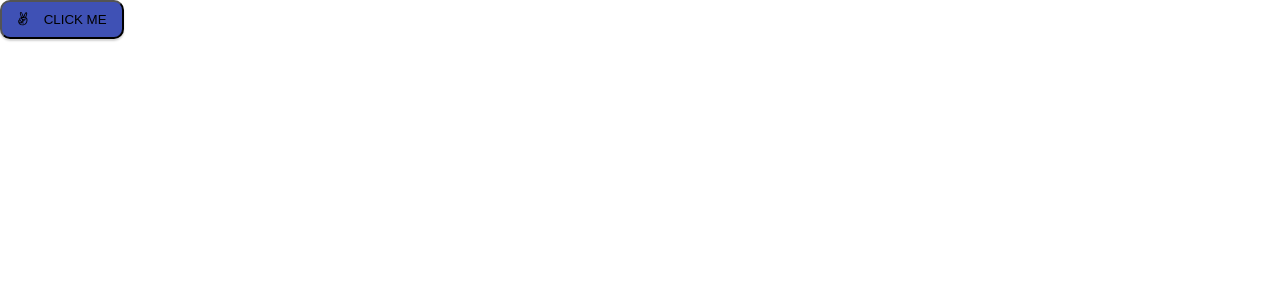
Repository: KrzysKolo/sr_tydzien3_zad_1_2_3
Page: /
An editor plug-in stored every save of this project. The page is shown before and after the next save, followed by the edit.
The browser window is 1280 px wide. The pictures show the whole page.
The project was rebuilt for these pictures with package versions that can differ from the ones it lists, and the page was loaded fresh each time. Also part of the build but not shown: src/App.css.

Above is the page before, as saved 2020-11-02 14:49:46.

### src/App.js
import React,  { Component } from 'react';
import Button from './Button';
import { FontAwesomeIcon } from '@fortawesome/react-fontawesome';
import { faThumbsUp } from "@fortawesome/free-solid-svg-icons";
import './App.css';


class App extends Component {
  state = {  }

  render() {

    return (
      <div>
        <Button  />
      </div>
     );
  }
}

export default App;

### src/Button.js
import React from 'react';
import styled from 'styled-components';
import { FontAwesomeIcon } from '@fortawesome/react-fontawesome';
import { faAngellist } from '@fortawesome/free-brands-svg-icons';

const Button = ({label, color, bgColor, icon}) => {

    console.log(color);
    const Button = styled.button`
    padding: 10px 15px;
    border-radius: 10px;
    outline: 0;
    text-transform: uppercase;
    cursor: pointer;
    box-shadow: 0px 2px 2px lightgray;
    transition: ease background-color, color 0.3s;
    color: ${[color]};
    background-color: ${[bgColor]};
    &:hover {
        background-color: ${[color]};
        color: ${[bgColor]};
    }
    `;

    const styles = {
        paddingRight: 15,
    }


    return (

        <div>
            <Button ><FontAwesomeIcon style={styles} icon={icon}></FontAwesomeIcon>{label} </Button>
        </div>
     );
}
Button.defaultProps = {
    bgColor: "#3f51b5",
    color: "#000000",
    label: "Click me",
    icon: faAngellist,
}

export default Button;

Loaded but not shown: public/index.html (common file); src/index.js (common file); src/index.css (common file)

After the next save:
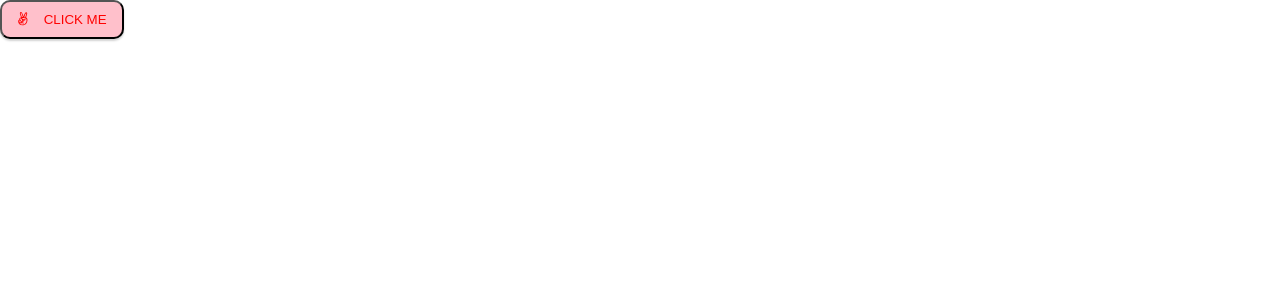
Saved 48 s later.
--- a/src/Button.js
+++ b/src/Button.js
@@ -35,8 +35,8 @@ const Button = ({label, color, bgColor, icon}) => {
      );
 }
 Button.defaultProps = {
-    bgColor: "#3f51b5",
-    color: "#000000",
+    bgColor: "pink",
+    color: "red",
     label: "Click me",
     icon: faAngellist,
 }
